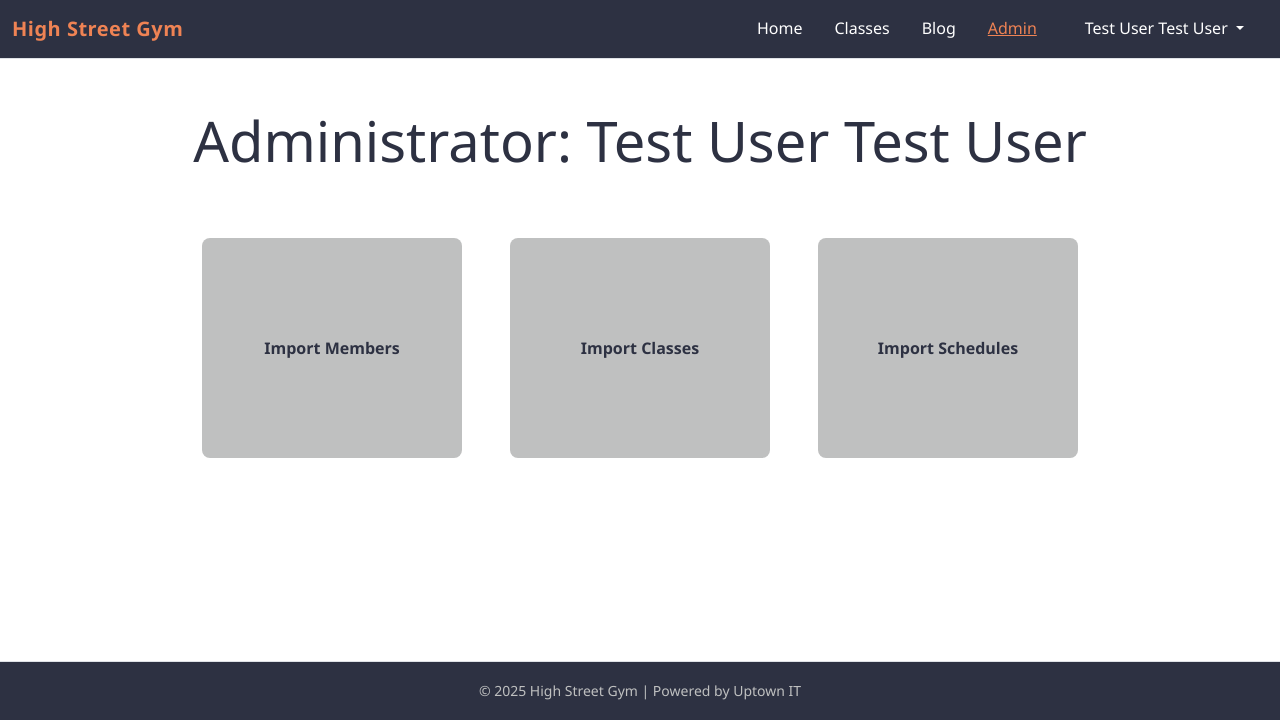
Repository: HBDSolutions/highstreetgym
Page: http://localhost/highstreetgym/controllers/content/admin_controller.php
These files come from the project's save history. The page is drawn as it stood at one moment and after the next save; the edit follows.
The browser window is 1280 px wide. The pictures show the whole page.
The page is run by PHP 8.4 with error messages shown; the project is at /var/www/html/. The session is filled in as if someone had signed in: {"user_id": 1, "user_email": "test@example.com", "first_name": "Test User", "last_name": "Test User", "user_type": "admin", "logged_in": true}. Other server files are loaded and not shown.

Above is the page before, as saved 2025-11-12 17:27:20.

### controllers/content/admin_controller.php
<?php
// ADMIN CONTROLLER
// PURPOSE: LOADS ADMIN HOME

declare(strict_types=1);

// Start session
if (session_status() === PHP_SESSION_NONE) { session_start(); }

require_once __DIR__ . '/../../models/database.php';
require_once __DIR__ . '/../../models/session.php';

require_permission('admin');

$currentUser = get_current_user_display();
$pageTitle   = 'Admin Home';
$contentView = __DIR__ . '/../../views/admin/dashboard.php';

require __DIR__ . '/../layouts/admin_layout.php';

### models/database.php
<?php

//database connection details
$servername = "localhost";
$username = "connect_hsg";
$password = "HighStreetGym1!";
$database = "highstreetgym";

//connect to the database
try {
	//connect to the database
	$conn = new PDO("mysql:host=$servername;dbname=$database", $username,	$password);
	//set the PDO error mode to exception
	$conn->setAttribute(PDO::ATTR_ERRMODE, PDO::ERRMODE_EXCEPTION);
}
catch (PDOException $e) {
    die("Database connection failed: " . $e->getMessage());
}

// FUNCTION TO GET DATABASE CONNECTION
function get_database_connection() {
    static $connection = null;

    if ($connection === null) {
        $servername = "localhost";
        $username = "connect_hsg";
        $password = "HighStreetGym1!";
        $database = "highstreetgym";

        try {
            $connection = new PDO("mysql:host=$servername;dbname=$database", $username, $password);
            $connection->setAttribute(PDO::ATTR_ERRMODE, PDO::ERRMODE_EXCEPTION);
        } catch (PDOException $e) {
            die("Database connection failed: " . $e->getMessage());
        }
    }

    return $connection;
}

?>

### models/session.php
<?php

// SESSION MANAGEMENT FUNCTIONS

// CHECK IF USER IS LOGGED IN

function is_user_logged_in() {
    return isset($_SESSION['logged_in']) && $_SESSION['logged_in'] === true;
}

// GET USER DATA

function get_current_user_display() {
    if (!is_user_logged_in()) {
        return [
            'is_logged_in' => false,
            'user_name' => 'Guest',
            'user_type' => null,
            'user_email' => null,
            'user_id' => null
        ];
    }

    // DERIVE FULL NAME
    $firstName = $_SESSION['first_name'] ?? '';
    $lastName = $_SESSION['last_name'] ?? '';
    $fullName = trim($firstName . ' ' . $lastName);

    // FALLBACK TO USER IF NO NAME
    if (empty($fullName)) {
        $fullName = 'User';
    }

    return [
        'is_logged_in' => true,
        'user_name' => $fullName,
        'user_type' => $_SESSION['user_type'] ?? 'member',
        'user_email' => $_SESSION['user_email'] ?? '',
        'user_id' => $_SESSION['user_id'] ?? null
    ];
}

// CHECK USER PERMISSION

function user_has_permission($requiredType) {
    if (!is_user_logged_in()) {
        return false;
    }

    $userType = $_SESSION['user_type'] ?? 'member';

    // ADMINS HAVE ALL PERMISSIONS
    if ($userType === 'admin') {
        return true;
    }

    // CHECK SPECIFIC PERMISSION
    return $userType === $requiredType;
}

// REQUIRE LOGIN

function require_login($redirectAfterLogin = '') {
    if (!is_user_logged_in()) {
        $redirect = $redirectAfterLogin ?: $_SERVER['REQUEST_URI'];
        header('Location: controllers/auth/login_controller.php?msg=login_required&redirect=' . urlencode($redirect));
        exit;
    }
}

// REQUIRE SPECIFIC USER TYPE

function require_permission($requiredType) {
    require_login();

    if (!user_has_permission($requiredType)) {
        $_SESSION['error_message'] = 'You do not have permission to access this page.';
        header('Location: /highstreetgym/index.php');
        exit;
    }
}
?>

### controllers/layouts/admin_layout.php
<?php
// ADMIN LAYOUT CONTROLLER

// INCLUDE BASE LAYOUT
require_once __DIR__ . '/base_layout.php';

$title = isset($pageTitle) ? ($pageTitle . ' - High Street Gym') : 'High Street Gym';
if (!isset($contentView)) {
    $contentView = __DIR__ . '/../../views/admin/dashboard.php';
}

validate_layout_requirements($title, $contentView);

require __DIR__ . '/../../views/layouts/admin.php';

### controllers/layouts/base_layout.php
<?php
// BASE LAYOUT BOOTSTRAP

function init_base_layout(): array {
    if (session_status() === PHP_SESSION_NONE) {
        session_start();
    }

    // INCLUDE MODELS FOR LAYOUT STATE
    require_once __DIR__ . '/../../models/session.php';
    require_once __DIR__ . '/../../models/navigation.php';

    // CURRENT USER SNAPSHOT
    $currentUser = get_current_user_display();

    // ROLE FLAGS
    $isLoggedIn = (bool)($currentUser['is_logged_in'] ?? false);
    $isAdmin    = (($currentUser['user_type'] ?? 'guest') === 'admin');

    // NAV FLAGS
    $showMemberMenu = $isLoggedIn && !$isAdmin;
    $showAdminMenu  = $isAdmin;

    // BODY CLASS
    $bodyClass = $isAdmin ? 'admin-layout' : ($isLoggedIn ? 'member-layout' : 'public-layout');

    // CURRENT PATH
    $currentPath = parse_url($_SERVER['REQUEST_URI'] ?? '/', PHP_URL_PATH) ?? '/';

    return compact('currentUser','isLoggedIn','isAdmin','showMemberMenu','showAdminMenu','bodyClass','currentPath');
}

// VALIDATE REQUIRED VIEW VARIABLES
function validate_layout_requirements($pageTitle, $contentView): void {
    if (empty($pageTitle)) {
        die('Error: Content controller must define $pageTitle');
    }
    if (empty($contentView) || !file_exists($contentView)) {
        die('Error: Content controller must define valid $contentView');
    }
}

### views/layouts/admin.php
<?php
// ADMIN LAYOUT VIEW

$layoutClass = 'admin-layout';
include __DIR__ . '/base.php';

### views/layouts/base.php
<?php
// BASE LAYOUT VIEW
require_once __DIR__ . '/../../models/session.php';
require_once __DIR__ . '/../../models/navigation.php';

// PAGE VARS (TITLE + CONTENT)
$title       = $title       ?? ($pageTitle ?? 'High Street Gym');
$contentView = $contentView ?? '';

// NAV VARS FOR PARTIAL
$navVars = get_navigation_data();
?>

<!DOCTYPE html>

<html lang="en">

<head>
  <meta charset="utf-8">
  <meta name="viewport" content="width=device-width, initial-scale=1">
  <title><?= htmlspecialchars($title) ?></title>
  <link href="https://cdn.jsdelivr.net/npm/bootstrap@5.3.0/dist/css/bootstrap.min.css" rel="stylesheet">
  <link rel="stylesheet" href="/highstreetgym/assets/css/style.css">
</head>

<body class="d-flex flex-column min-vh-100">
  <header>
    <?php include __DIR__ . '/../partials/nav.php'; ?>
  </header>

  <main class="flex-grow-1">
    <?php
      // CONTENT VIEW INCLUDE
      if ($contentView && file_exists($contentView)) {
        require $contentView;
      } else {
        echo '<div class="container my-5 text-danger">CONTENT MISSING</div>';
      }
    ?>
  </main>

  <?php include __DIR__ . '/../partials/footer.php'; ?>

  <script src="https://cdn.jsdelivr.net/npm/bootstrap@5.3.0/dist/js/bootstrap.bundle.min.js"></script>
</body>
</html>

### models/navigation.php
<?php
// NAVIGATION MODEL
// PURPOSE: PROVIDES NAV STATE + ACTIVE-LINK HELPERS FOR VIEWS

// GET NAVIGATION DATA FOR VIEWS
function get_navigation_data(): array {
    if (session_status() === PHP_SESSION_NONE) {
        session_start();
    }

    // READ SESSION
    $isLoggedIn = !empty($_SESSION['logged_in']);
    $userType   = $isLoggedIn ? ($_SESSION['user_type'] ?? 'member') : 'guest';
    $userName   = $isLoggedIn
        ? trim(($_SESSION['first_name'] ?? '').' '.($_SESSION['last_name'] ?? ''))
        : 'Account';

    // FLAGS
    $isAdmin        = ($userType === 'admin');
    $showMemberMenu = $isLoggedIn;
    $showAdminMenu  = $isAdmin;

    // PATH FOR ACTIVE LINK
    $currentPath = parse_url($_SERVER['REQUEST_URI'] ?? '/', PHP_URL_PATH) ?: '/';

    // RETURN STRUCT
    return [
        'currentUser'    => ['user_name' => $userName, 'user_type' => $userType],
        'isLoggedIn'     => $isLoggedIn,
        'isAdmin'        => $isAdmin,
        'showMemberMenu' => $showMemberMenu,
        'showAdminMenu'  => $showAdminMenu,
        'currentPath'    => $currentPath,
    ];
}

// ACTIVE-LINK CHECK USING EXPLICIT PATH
function is_navigation_active(string $needle, string $currentPath): string {
    return str_ends_with($currentPath, $needle) ? 'active' : '';
}

// CANONICAL HELPER CALLED BY VIEWS/PARTIALS
if (!function_exists('nav_active')) {
    function nav_active(string $needle, ?string $currentPath = null): string {
        $path = $currentPath ?? (parse_url($_SERVER['REQUEST_URI'] ?? '/', PHP_URL_PATH) ?: '/');
        return (str_ends_with($path, $needle)) ? 'active' : '';
    }
}

### views/partials/nav.php
<?php
// NAV PARTIAL: USES VARS FROM LAYOUT SHELL ONLY

// INPUTS
$currentUser    = $navVars['currentUser']    ?? [];
$isLoggedIn     = (bool)($navVars['isLoggedIn']     ?? false);
$isAdmin        = (bool)($navVars['isAdmin']        ?? false);
$showMemberMenu = (bool)($navVars['showMemberMenu'] ?? false);
$showAdminMenu  = (bool)($navVars['showAdminMenu']  ?? false);
$currentPath    = $navVars['currentPath']    ?? '/';
$userName       = $currentUser['user_name']  ?? 'Account';

// ACTIVE-LINK HELPER
if (!function_exists('a')) {
    function a($needle){ return nav_active($needle); }
}
?>

<nav class="navbar navbar-expand-lg navbar-dark bg-dark border-bottom">
  <div class="container-fluid">
    <!-- BRAND (LEFT) -->
    <a class="navbar-brand" href="/highstreetgym/controllers/content/home_controller.php">High Street Gym</a>

    <button class="navbar-toggler" type="button" data-bs-toggle="collapse" data-bs-target="#mainNav"
            aria-controls="mainNav" aria-expanded="false" aria-label="Toggle navigation">
      <span class="navbar-toggler-icon"></span>
    </button>

    <div class="collapse navbar-collapse" id="mainNav">
      <div class="ms-auto d-flex align-items-center">
        <!-- MAIN LINKS -->
        <ul class="navbar-nav me-3 mb-2 mb-lg-0">
          <li class="nav-item">
            <a class="nav-link <?= a('home_controller.php') ?>"
               href="/highstreetgym/controllers/content/home_controller.php">Home</a>
          </li>
          <li class="nav-item">
            <a class="nav-link <?= a('classes_controller.php') ?>"
               href="/highstreetgym/controllers/content/classes_controller.php">Classes</a>
          </li>
          <li class="nav-item">
            <a class="nav-link <?= a('blog_controller.php') ?>"
               href="/highstreetgym/controllers/content/blog_controller.php">Blog</a>
          </li>

          <?php if ($showAdminMenu): ?>
          <li class="nav-item">
            <a class="nav-link <?= a('admin_controller.php') ?>"
               href="/highstreetgym/controllers/content/admin_controller.php">Admin</a>
          </li>
          <?php endif; ?>
        </ul>

        <!-- AUTH -->
        <ul class="navbar-nav">
          <?php if (!$showMemberMenu): ?>
            <li class="nav-item">
              <a class="nav-link <?= a('login_controller.php') ?>"
                 href="/highstreetgym/controllers/auth/login_controller.php">Login</a>
            </li>
            <li class="nav-item">
              <a class="nav-link <?= a('register_controller.php') ?>"
                 href="/highstreetgym/controllers/auth/register_controller.php">Register</a>
            </li>
          <?php else: ?>
            <li class="nav-item dropdown">
              <a class="nav-link dropdown-toggle" href="#" role="button" data-bs-toggle="dropdown" aria-expanded="false">
                <?= htmlspecialchars($userName) ?>
              </a>
              <ul class="dropdown-menu dropdown-menu-end">
                <?php if ($showMemberMenu && !$showAdminMenu): ?>
                  <li><a class="dropdown-item" href="/highstreetgym/controllers/content/bookings_controller.php">My Bookings</a></li>
                <?php endif; ?>
                <?php if ($showAdminMenu): ?>
                  <li><a class="dropdown-item" href="/highstreetgym/controllers/content/admin_controller.php">Admin Home</a></li>
                <?php endif; ?>
                <li><hr class="dropdown-divider"></li>
                <li><a class="dropdown-item" href="/highstreetgym/controllers/auth/logout_controller.php">Logout</a></li>
              </ul>
            </li>
          <?php endif; ?>
        </ul>
      </div>
    </div>
  </div>
</nav>

### views/admin/dashboard.php
<?php
// ADMIN HOME VIEW
// PURPOSE: PROVIDES ADMIN LANDING PAGE WITH IMPORT LINKS
?>

<!-- SKIP LINK FOR ACCESSIBILITY -->
<a class="skip-link" href="#main">Skip to content</a>

<!-- ADMIN HOME CONTENT -->
<section class="container my-5">

    <header class="text-center mb-5">
        <h1 class="display-4">Administrator: <?= htmlspecialchars($currentUser['user_name']) ?></h1>
    </header>

    <!-- IMPORT TILES -->
    <section aria-label="Admin Imports" class="d-flex justify-content-center">
        <div class="tile">
            <a href="/highstreetgym/controllers/content/xml_import_controller.php?type=members">Import Members</a>
        </div>

        <div class="tile">
            <a href="/highstreetgym/controllers/content/xml_import_controller.php?type=classes">Import Classes</a>
        </div>

        <div class="tile">
            <a href="/highstreetgym/controllers/content/xml_import_controller.php?type=schedules">Import Schedules</a>
        </div>
    </section>

</section>

### views/partials/footer.php
<?php
// FOOTER PARTIAL
?>
<footer class="mt-auto text-center text-muted py-3 border-top">
  <small>&copy; <?= date('Y') ?> High Street Gym | Powered by Uptown IT</small>
</footer>

### assets/css/style.css
/* === High Street Gym Custom Theme === */
:root {
  /* Base brand palette */
  --hsg-primary:   #EF8354;
  --hsg-secondary: #4F5D75;
  --hsg-muted:     #BFC0C0;
  --hsg-dark:      #2D3142;
  --hsg-light:     #FFFFFF;

  /* Bootstrap variable overrides */
  --bs-body-bg: var(--hsg-light);
  --bs-body-color: var(--hsg-dark);
  --bs-primary: var(--hsg-primary);
  --bs-secondary: var(--hsg-secondary);
  --bs-success: #2ECC71;
  --bs-danger:  #E74C3C;
  --bs-warning: #F1C40F;
  --bs-info:    #3498DB;
  --bs-border-radius: .5rem;
  --bs-font-sans-serif: "Segoe UI", Roboto, "Helvetica Neue", Arial, sans-serif;
}

/* === Global layout === */
body {
  background-color: var(--bs-body-bg);
  color: var(--bs-body-color);
  line-height: 1.6;
}

h1, h2, h3, h4 {
  font-weight: 600;
  color: var(--hsg-dark);
}

/* === Navbar === */
.navbar {
  background-color: var(--hsg-dark) !important;
}
.navbar .navbar-brand {
  color: var(--hsg-primary) !important;
  font-weight: 700;
  letter-spacing: .5px;
}
.navbar .nav-link {
  color: var(--hsg-light) !important;
  margin-right: 1rem;
  transition: color .2s ease-in-out;
}
.navbar .nav-link:hover,
.navbar .nav-link.active {
  color: var(--hsg-primary) !important;
  text-decoration: underline;
}

/* === Main container card === */
main.container {
  background: var(--hsg-light);
  padding: 2rem;
  border-radius: var(--bs-border-radius);
  box-shadow: 0 4px 12px rgba(0,0,0,0.08);
}

/* === Buttons === */
.btn-primary {
  background-color: var(--hsg-primary);
  border-color: var(--hsg-primary);
}
.btn-primary:hover {
  background-color: var(--hsg-secondary);
  border-color: var(--hsg-secondary);
}

/* TILE STYLES */
.tile {
  display: inline-block;
  width: 260px;
  height: 220px;
  margin: 1rem;
  background: var(--hsg-muted);
  color: var(--hsg-dark);
  border-radius: 0.5rem;
  text-align: center;
  vertical-align: top;
  transition: transform 0.2s ease;
}

.tile a {
  display: block;
  height: 100%;
  width: 100%;
  line-height: 220px;
  font-weight: 600;
  text-decoration: none;
  color: inherit;
}

.tile:hover,
.tile a:focus-visible {
  transform: translateY(-3px);
  outline: none;
}

/* ACCESSIBLE SKIP LINK */
.skip-link { position: absolute; left: -9999px; top: auto; width: 1px; height: 1px; overflow: hidden; }
.skip-link:focus { position: static; width: auto; height: auto; margin: 0.5rem; }

/* SIMPLE LAYOUT FOR THE TILE SECTION (uses your tokens only) */
section[aria-label="Admin Imports"] {
  display: flex;
  flex-wrap: wrap;
  gap: 1rem;
  align-items: stretch;
  margin: 1rem 0 2rem;
}

/* SMALL-SCREEN TWEAK (optional) */
@media (max-width: 576px) {
  .tile { width: 100%; height: 180px; line-height: normal; }
  .tile a { line-height: 180px; }
}

/* === Tables === */
.table {
  color: var(--hsg-dark);
  border-color: var(--hsg-muted);
}
.table thead {
  background-color: var(--hsg-secondary);
  color: var(--hsg-light);
}
.table-striped tbody tr:nth-of-type(odd) {
  background-color: #f8f9fa;
}

/* === Footer === */
footer {
  background-color: var(--hsg-dark);
  color: var(--hsg-light);
  text-align: center;
  padding: 1rem 0;
}
footer small {
  color: var(--hsg-muted);
}

/* === Utility tweaks === */
a { color: var(--hsg-primary); }
a:hover { color: var(--hsg-secondary); }

.list-group-item {
  border: none;
  border-bottom: 1px solid var(--hsg-muted);
}

After the next save:
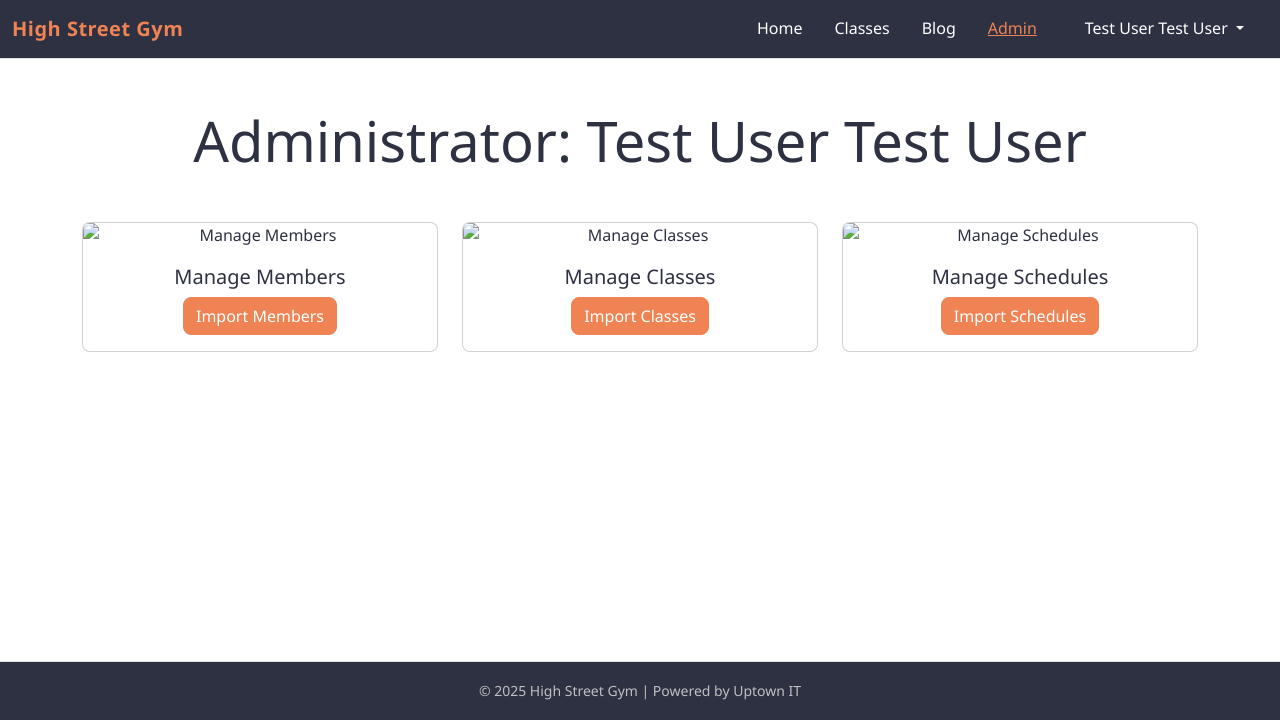
Not found: highstreetgym/assets/img/classes-admin.jpg
Not found: highstreetgym/assets/img/members-admin.jpg
Not found: highstreetgym/assets/img/schedule-admin.jpg
Saved 22 s later.
--- a/views/admin/dashboard.php
+++ b/views/admin/dashboard.php
@@ -13,19 +13,39 @@
         <h1 class="display-4">Administrator: <?= htmlspecialchars($currentUser['user_name']) ?></h1>
     </header>
 
-    <!-- IMPORT TILES -->
-    <section aria-label="Admin Imports" class="d-flex justify-content-center">
-        <div class="tile">
-            <a href="/highstreetgym/controllers/content/xml_import_controller.php?type=members">Import Members</a>
-        </div>
+    <section class="row g-4 mb-5">
+        <article class="col-md-4">
+            <div class="card h-100 text-center">
+                <img src="/highstreetgym/assets/img/members-admin.jpg" class="card-img-top" alt="Manage Members">
+                <div class="card-body">
+                    <h2 class="h5">Manage Members</h2>
+                    <a href="/highstreetgym/controllers/content/xml_import_controller.php?type=members"
+                       class="btn btn-primary">Import Members</a>
+                </div>
+            </div>
+        </article>
 
-        <div class="tile">
-            <a href="/highstreetgym/controllers/content/xml_import_controller.php?type=classes">Import Classes</a>
-        </div>
+        <article class="col-md-4">
+            <div class="card h-100 text-center">
+                <img src="/highstreetgym/assets/img/classes-admin.jpg" class="card-img-top" alt="Manage Classes">
+                <div class="card-body">
+                    <h2 class="h5">Manage Classes</h2>
+                    <a href="/highstreetgym/controllers/content/xml_import_controller.php?type=classes"
+                       class="btn btn-primary">Import Classes</a>
+                </div>
+            </div>
+        </article>
 
-        <div class="tile">
-            <a href="/highstreetgym/controllers/content/xml_import_controller.php?type=schedules">Import Schedules</a>
-        </div>
+        <article class="col-md-4">
+            <div class="card h-100 text-center">
+                <img src="/highstreetgym/assets/img/schedule-admin.jpg" class="card-img-top" alt="Manage Schedules">
+                <div class="card-body">
+                    <h2 class="h5">Manage Schedules</h2>
+                    <a href="/highstreetgym/controllers/content/xml_import_controller.php?type=schedules"
+                       class="btn btn-primary">Import Schedules</a>
+                </div>
+            </div>
+        </article>
     </section>
 
 </section>

After the save that followed:
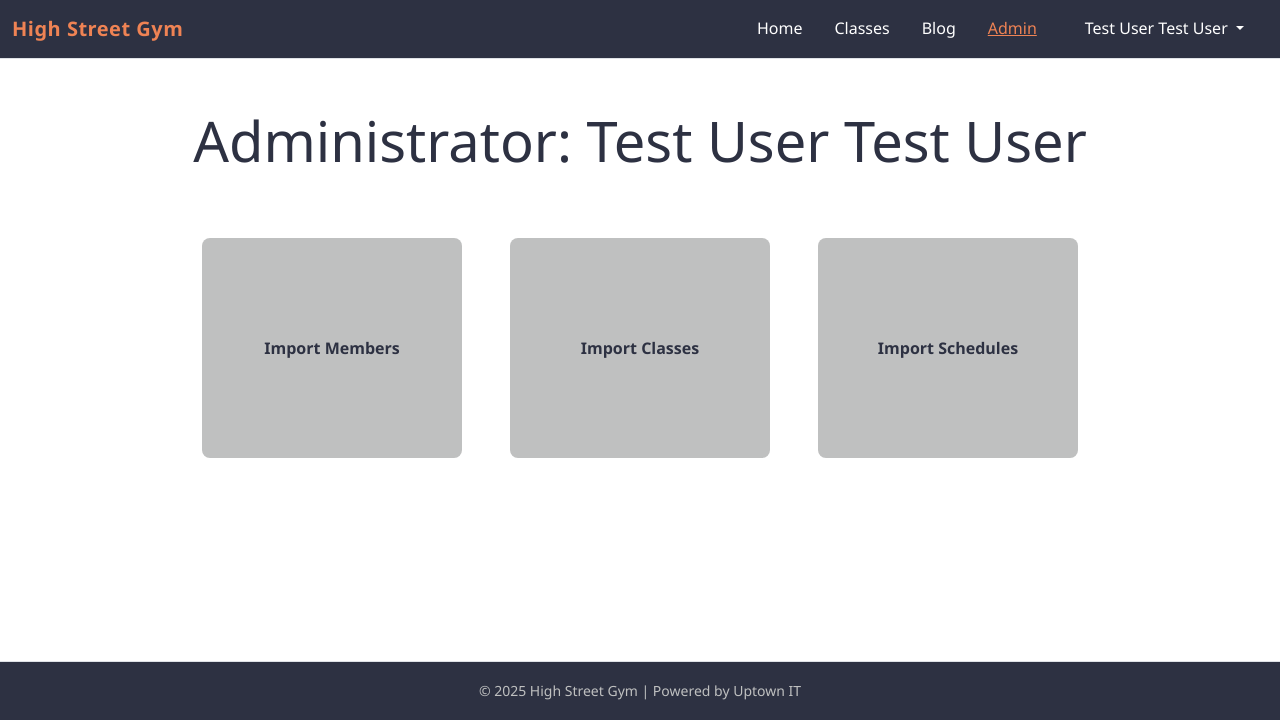
Saved 21 s later.
--- a/views/admin/dashboard.php
+++ b/views/admin/dashboard.php
@@ -13,39 +13,19 @@
         <h1 class="display-4">Administrator: <?= htmlspecialchars($currentUser['user_name']) ?></h1>
     </header>
 
-    <section class="row g-4 mb-5">
-        <article class="col-md-4">
-            <div class="card h-100 text-center">
-                <img src="/highstreetgym/assets/img/members-admin.jpg" class="card-img-top" alt="Manage Members">
-                <div class="card-body">
-                    <h2 class="h5">Manage Members</h2>
-                    <a href="/highstreetgym/controllers/content/xml_import_controller.php?type=members"
-                       class="btn btn-primary">Import Members</a>
-                </div>
-            </div>
-        </article>
+    <!-- IMPORT TILES -->
+    <section aria-label="Admin Imports" class="d-flex justify-content-center">
+        <div class="tile">
+            <a href="/highstreetgym/controllers/content/xml_import_controller.php?type=members">Import Members</a>
+        </div>
 
-        <article class="col-md-4">
-            <div class="card h-100 text-center">
-                <img src="/highstreetgym/assets/img/classes-admin.jpg" class="card-img-top" alt="Manage Classes">
-                <div class="card-body">
-                    <h2 class="h5">Manage Classes</h2>
-                    <a href="/highstreetgym/controllers/content/xml_import_controller.php?type=classes"
-                       class="btn btn-primary">Import Classes</a>
-                </div>
-            </div>
-        </article>
+        <div class="tile">
+            <a href="/highstreetgym/controllers/content/xml_import_controller.php?type=classes">Import Classes</a>
+        </div>
 
-        <article class="col-md-4">
-            <div class="card h-100 text-center">
-                <img src="/highstreetgym/assets/img/schedule-admin.jpg" class="card-img-top" alt="Manage Schedules">
-                <div class="card-body">
-                    <h2 class="h5">Manage Schedules</h2>
-                    <a href="/highstreetgym/controllers/content/xml_import_controller.php?type=schedules"
-                       class="btn btn-primary">Import Schedules</a>
-                </div>
-            </div>
-        </article>
+        <div class="tile">
+            <a href="/highstreetgym/controllers/content/xml_import_controller.php?type=schedules">Import Schedules</a>
+        </div>
     </section>
 
 </section>
